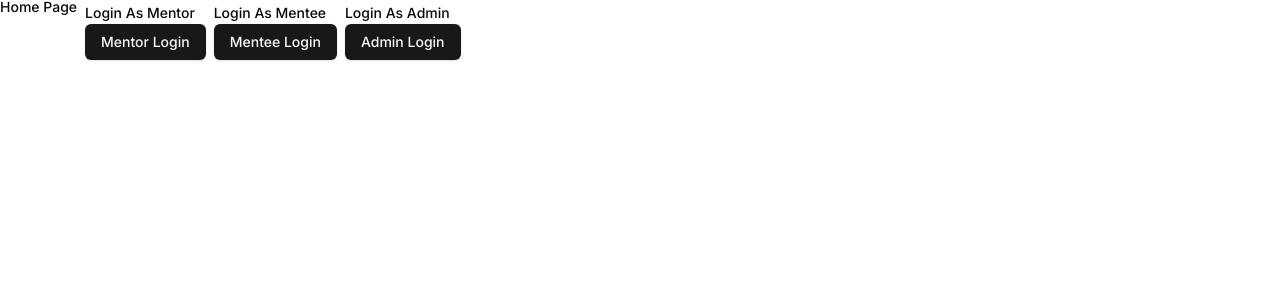
Repository: gauravbhindwar/mentorlink
Page: /
The author's editor kept a copy of each file at every save. The page is drawn from the files as they stood at one save, then again after the next save.
The browser window is 1280 px wide. The pictures show the whole page.
The project was rebuilt for these pictures with package versions that can differ from the ones it lists, and the page was loaded fresh each time. The framework's server and built-in components were replaced by stand-ins that run in the browser. Also part of the build but not shown: next.config.js, next.config.ts.

Above is the page before, as saved 2024-11-06 12:30:55.

### src/app/layout.tsx
import type { Metadata } from "next";
import { Inter } from "next/font/google";
import "./globals.css";

const inter = Inter({ subsets: ["latin"] });

export const metadata: Metadata = {
  title: "Faculty Subject Selector",
  description: "By: MUJ",
};

export default function RootLayout({
  children,
}: Readonly<{
  children: React.ReactNode;
}>) {
  return (
    <html lang="en" suppressHydrationWarning>
      <body className={inter.className} suppressHydrationWarning>
        <div>{children}</div>
      </body>
    </html>
  );
}

### src/app/page.tsx
import HomePage from "@/components/HomePage/HomePage";
export default function Home() {
  return (
    <div>
      <HomePage />
    </div>
  );
}

### src/components/HomePage/HomePage.jsx
import React from 'react'
import { Button } from '../ui/button'
import { Label } from '@/components/ui/label';

const HomePage = () => {
    return (
        <div className='flex flex-row gap-2'>
            <Label>Home Page</Label>

            <div>
                <div>
                    <Label>Login As Mentor</Label>
                </div>
                <Button>Mentor Login</Button>
            </div>
            <div>
                <div>
                    <Label>Login As Mentee</Label>
                </div>
                <Button>Mentee Login</Button>
            </div>
            <div>
                <div>
                    <Label>Login As Admin</Label>
                </div>
                <Button>Admin Login</Button>
            </div>
        </div>
    )
}

export default HomePage

### src/components/ui/button.tsx
import * as React from "react"
import { Slot } from "@radix-ui/react-slot"
import { cva, type VariantProps } from "class-variance-authority"

import { cn } from "@/lib/utils"

const buttonVariants = cva(
  "inline-flex items-center justify-center gap-2 whitespace-nowrap rounded-md text-sm font-medium transition-colors focus-visible:outline-none focus-visible:ring-1 focus-visible:ring-ring disabled:pointer-events-none disabled:opacity-50 [&_svg]:pointer-events-none [&_svg]:size-4 [&_svg]:shrink-0",
  {
    variants: {
      variant: {
        default:
          "bg-primary text-primary-foreground shadow hover:bg-primary/90",
        destructive:
          "bg-destructive text-destructive-foreground shadow-sm hover:bg-destructive/90",
        outline:
          "border border-input bg-background shadow-sm hover:bg-accent hover:text-accent-foreground",
        secondary:
          "bg-secondary text-secondary-foreground shadow-sm hover:bg-secondary/80",
        ghost: "hover:bg-accent hover:text-accent-foreground",
        link: "text-primary underline-offset-4 hover:underline",
      },
      size: {
        default: "h-9 px-4 py-2",
        sm: "h-8 rounded-md px-3 text-xs",
        lg: "h-10 rounded-md px-8",
        icon: "h-9 w-9",
      },
    },
    defaultVariants: {
      variant: "default",
      size: "default",
    },
  }
)

export interface ButtonProps
  extends React.ButtonHTMLAttributes<HTMLButtonElement>,
    VariantProps<typeof buttonVariants> {
  asChild?: boolean
}

const Button = React.forwardRef<HTMLButtonElement, ButtonProps>(
  ({ className, variant, size, asChild = false, ...props }, ref) => {
    const Comp = asChild ? Slot : "button"
    return (
      <Comp
        className={cn(buttonVariants({ variant, size, className }))}
        ref={ref}
        {...props}
      />
    )
  }
)
Button.displayName = "Button"

export { Button, buttonVariants }

### src/components/ui/label.tsx
"use client"

import * as React from "react"
import * as LabelPrimitive from "@radix-ui/react-label"
import { cva, type VariantProps } from "class-variance-authority"

import { cn } from "@/lib/utils"

const labelVariants = cva(
  "text-sm font-medium leading-none peer-disabled:cursor-not-allowed peer-disabled:opacity-70"
)

const Label = React.forwardRef<
  React.ElementRef<typeof LabelPrimitive.Root>,
  React.ComponentPropsWithoutRef<typeof LabelPrimitive.Root> &
    VariantProps<typeof labelVariants>
>(({ className, ...props }, ref) => (
  <LabelPrimitive.Root
    ref={ref}
    className={cn(labelVariants(), className)}
    {...props}
  />
))
Label.displayName = LabelPrimitive.Root.displayName

export { Label }

Loaded but not shown: src/app/globals.css (common file); src/lib/utils.ts (common file); tailwind.config.ts (common file)

After the next save:
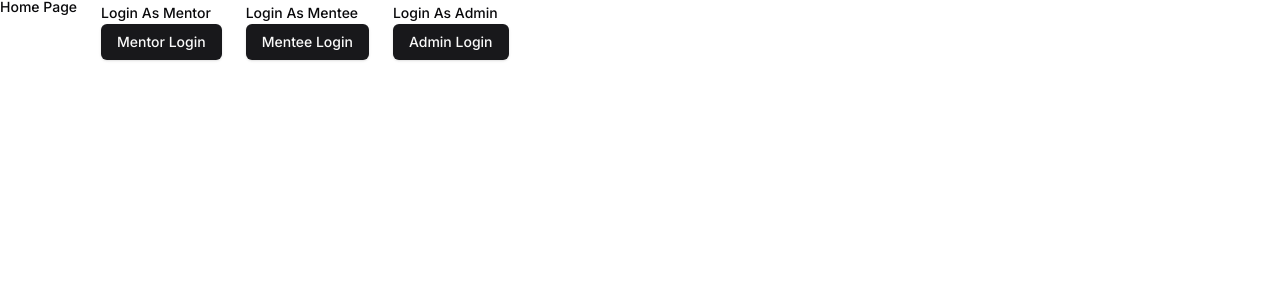
Saved 8 s later.
--- a/src/components/HomePage/HomePage.jsx
+++ b/src/components/HomePage/HomePage.jsx
@@ -4,7 +4,7 @@
 
 const HomePage = () => {
     return (
-        <div className='flex flex-row gap-2'>
+        <div className='flex flex-row gap-6'>
             <Label>Home Page</Label>
 
             <div>
